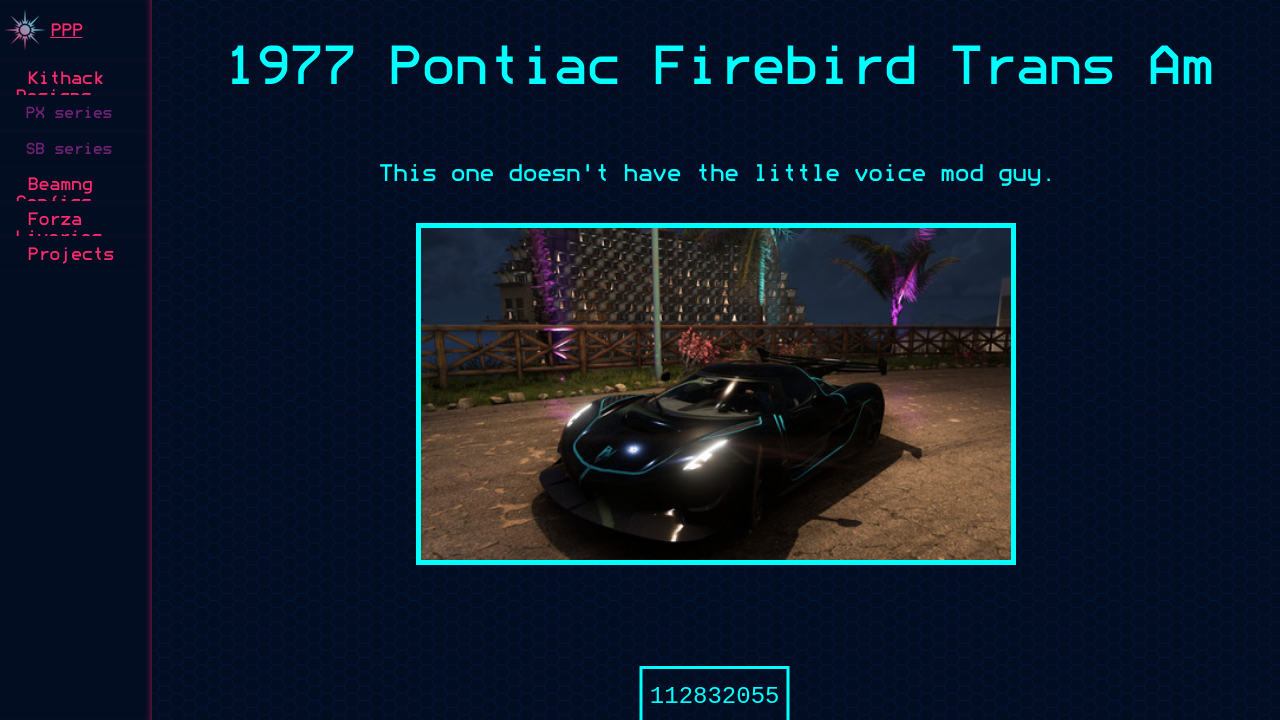
Repository: Pamishly/PamishlysPlayPlace
Page: ForzaHTML/CardPages/FH5-Redta.html
An editor plug-in stored every save of this project. The page is shown before and after the next save, followed by the edit.
The browser window is 1280 px wide. The pictures show the whole page.

Above is the page before, as saved 2024-09-14 16:20:33.

After the next save:
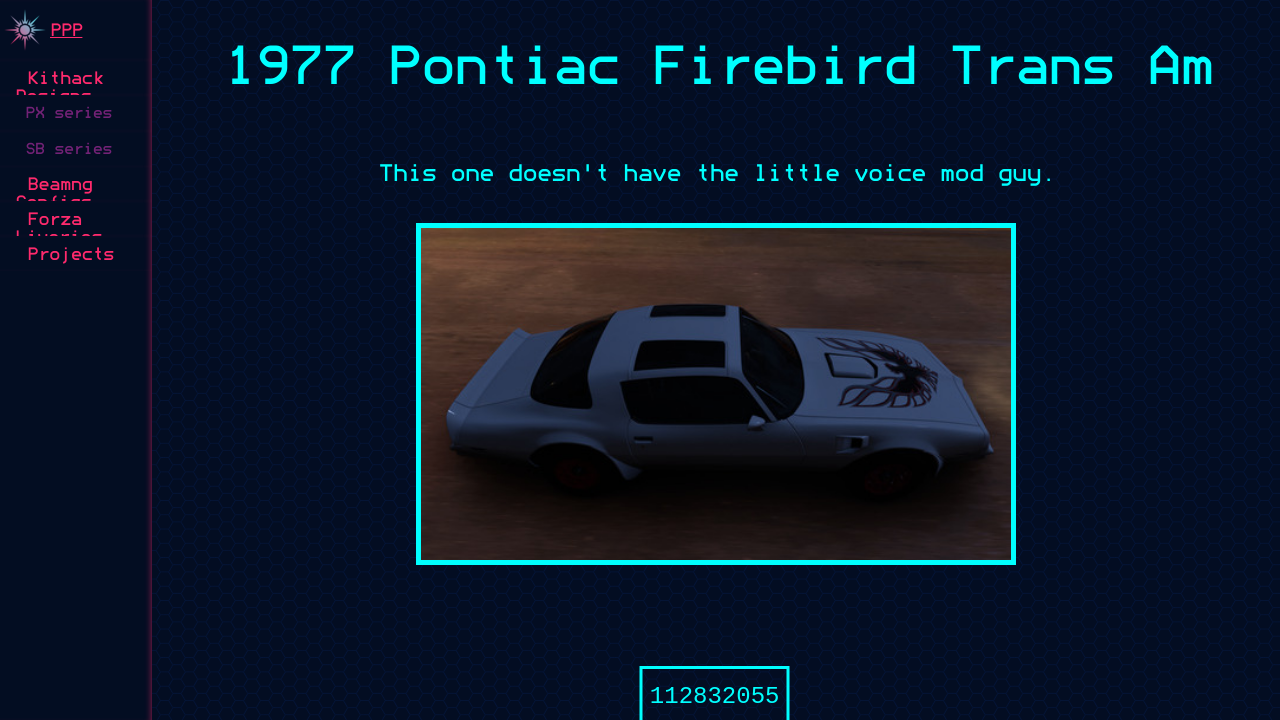
Saved 8 s later.
--- a/ForzaHTML/CardPages/FH5-Redta.html
+++ b/ForzaHTML/CardPages/FH5-Redta.html
@@ -19,7 +19,7 @@
             <br>
             <p>This one doesn't have the little voice mod guy.</p>
             <br>
-            <img src="PageImages/FH5-OLjekso.jpg">
+            <img src="PageImages/FH5-Redta.jpg">
             <br>
               <div class="dwn-button">
                 <p>112832055</p>
